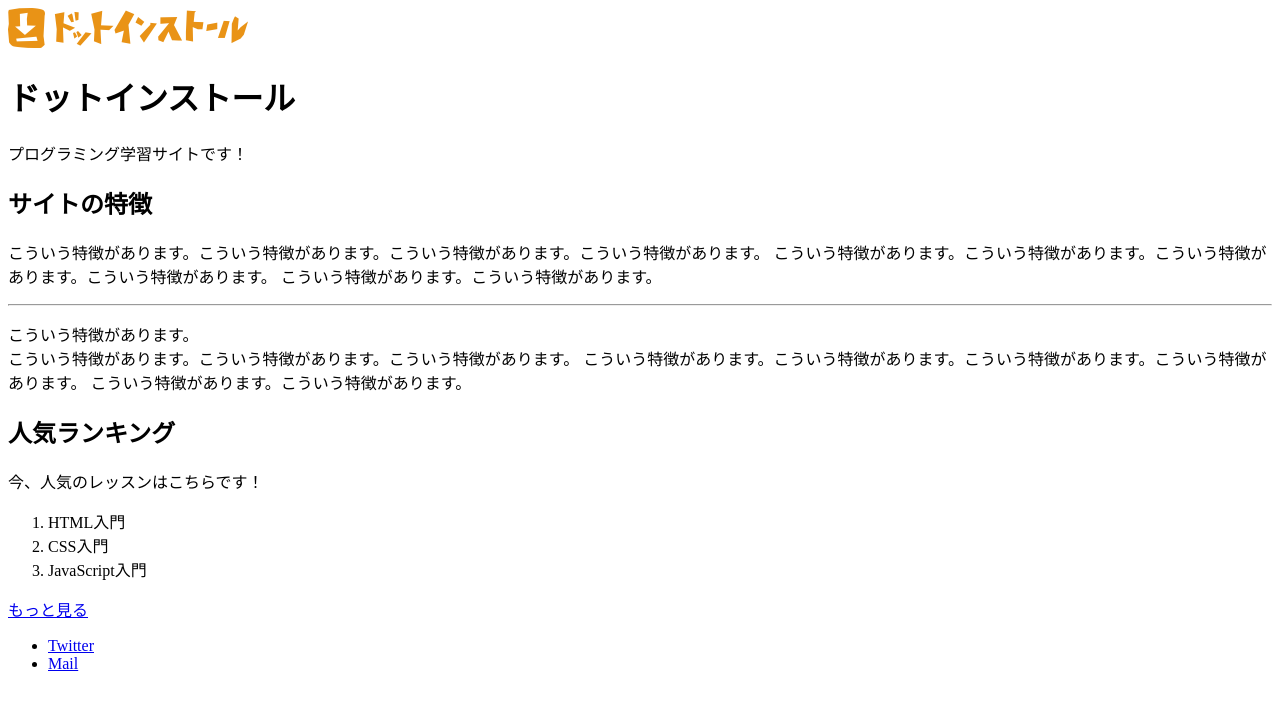
Repository: kojimayu/dotinstall-html
Page: index.html
An editor plug-in stored every save of this project. The page is shown before and after the next save, followed by the edit.
The browser window is 1280 px wide. The pictures show the whole page.

Above is the page before, as saved 2019-04-04 17:49:37.

After the next save:
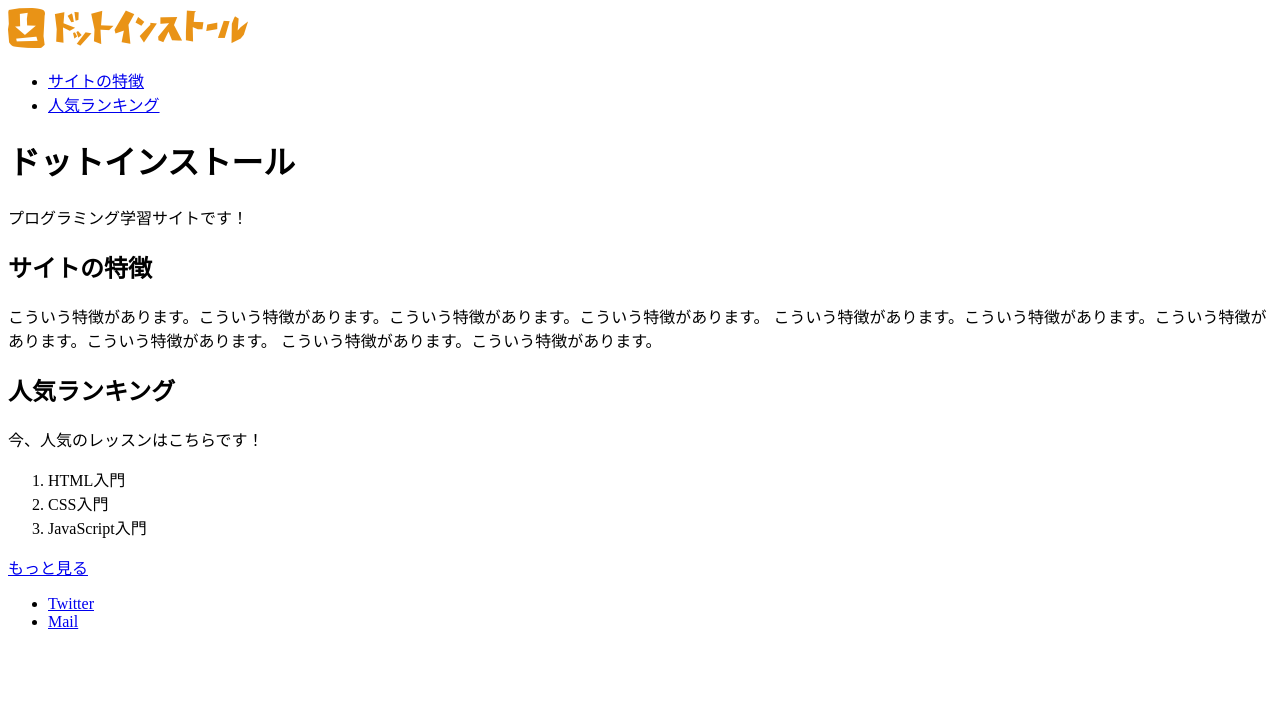
Saved 59 min 6 s later.
--- a/index.html
+++ b/index.html
@@ -10,21 +10,22 @@
 
 <body>
     <img src="img/logo.png" alt="ドットインストールのロゴです" width="240" height="40">
+
+    <ul>
+        <li><a href="#features">サイトの特徴</a></li>
+        <li><a href="#ranking">人気ランキング</a></li>
+    </ul>
+
     <h1>ドットインストール</h1>
     <p>プログラミング学習サイトです！</p>
 
-    <h2>サイトの特徴</h2>
+    <h2 id="features">サイトの特徴</h2>
     <p>こういう特徴があります。こういう特徴があります。こういう特徴があります。こういう特徴があります。
         こういう特徴があります。こういう特徴があります。こういう特徴があります。こういう特徴があります。
         こういう特徴があります。こういう特徴があります。
     </p>
-    <hr>
-    <p>こういう特徴があります。<br>こういう特徴があります。こういう特徴があります。こういう特徴があります。
-        こういう特徴があります。こういう特徴があります。こういう特徴があります。こういう特徴があります。
-        こういう特徴があります。こういう特徴があります。
-    </p>
 
-    <h2>人気ランキング</h2>
+    <h2 id="ranking">人気ランキング</h2>
     <p>今、人気のレッスンはこちらです！</p>
     <ol>
         <li>HTML入門</li>
